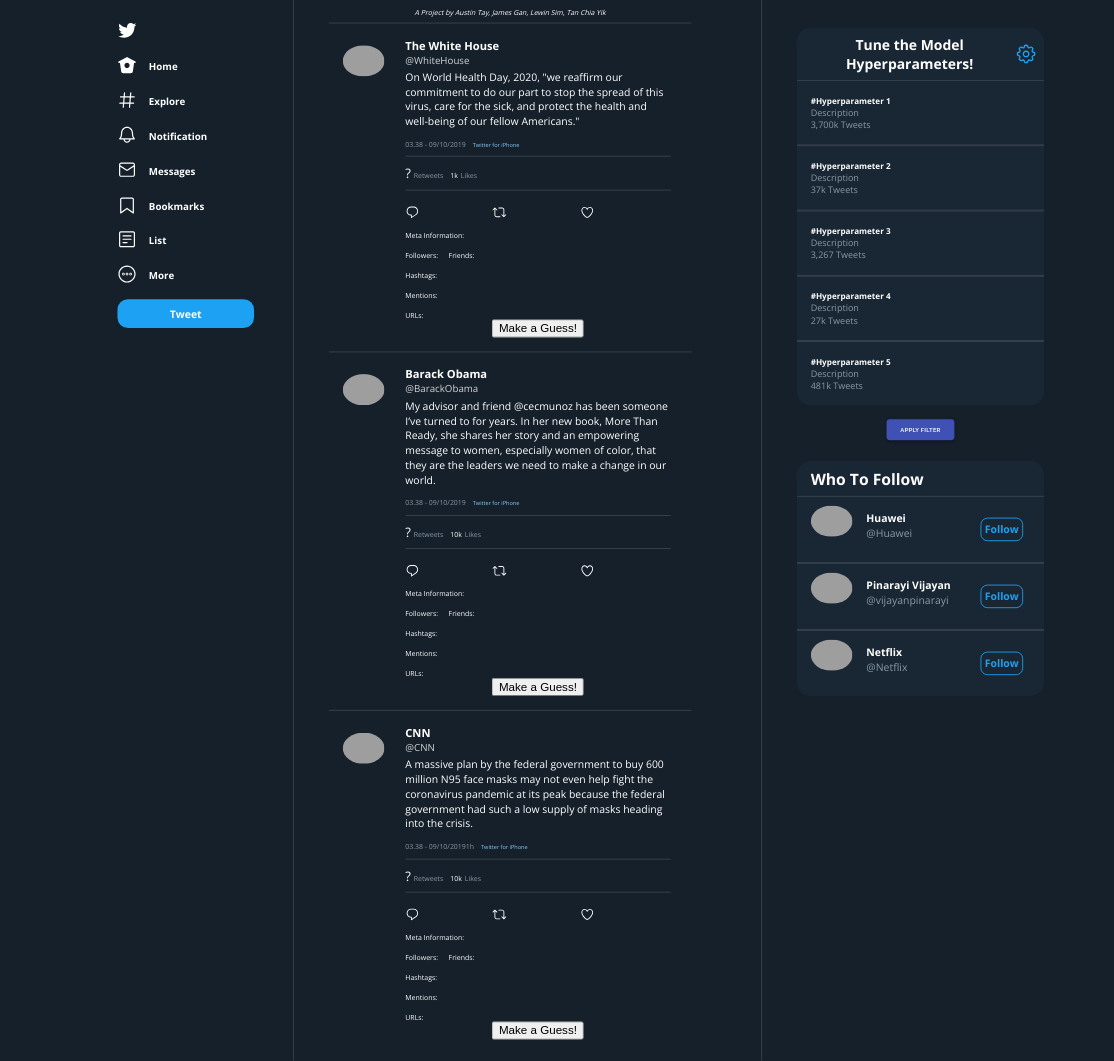
Repository: Dustyik/TwitterAIproj
Page: / (app in FrontEnd/)
An editor plug-in stored every save of this project. The page is shown before and after the next save, followed by the edit.
The browser window is 1280 px wide. The pictures show the whole page, at 87% of full size.
Pictures or frames that could not be fetched are drawn as grey boxes. The page's requests for data from a server got no answer. The project was rebuilt for these pictures with package versions that can differ from the ones it lists, and the page was loaded fresh each time. No one was signed in, and anything a server would have sent is missing. Also part of the build but not shown: FrontEnd/src/components/StatusCard.js, FrontEnd/src/pages/Status.js, FrontEnd/src/components/profile/ProfileHead.js, FrontEnd/src/components/profile/ProfileDetails.js, FrontEnd/src/styles/Profile.css, FrontEnd/src/pages/Profile.js.

Above is the page before, as saved 2021-08-08 02:46:13.

After the next save:
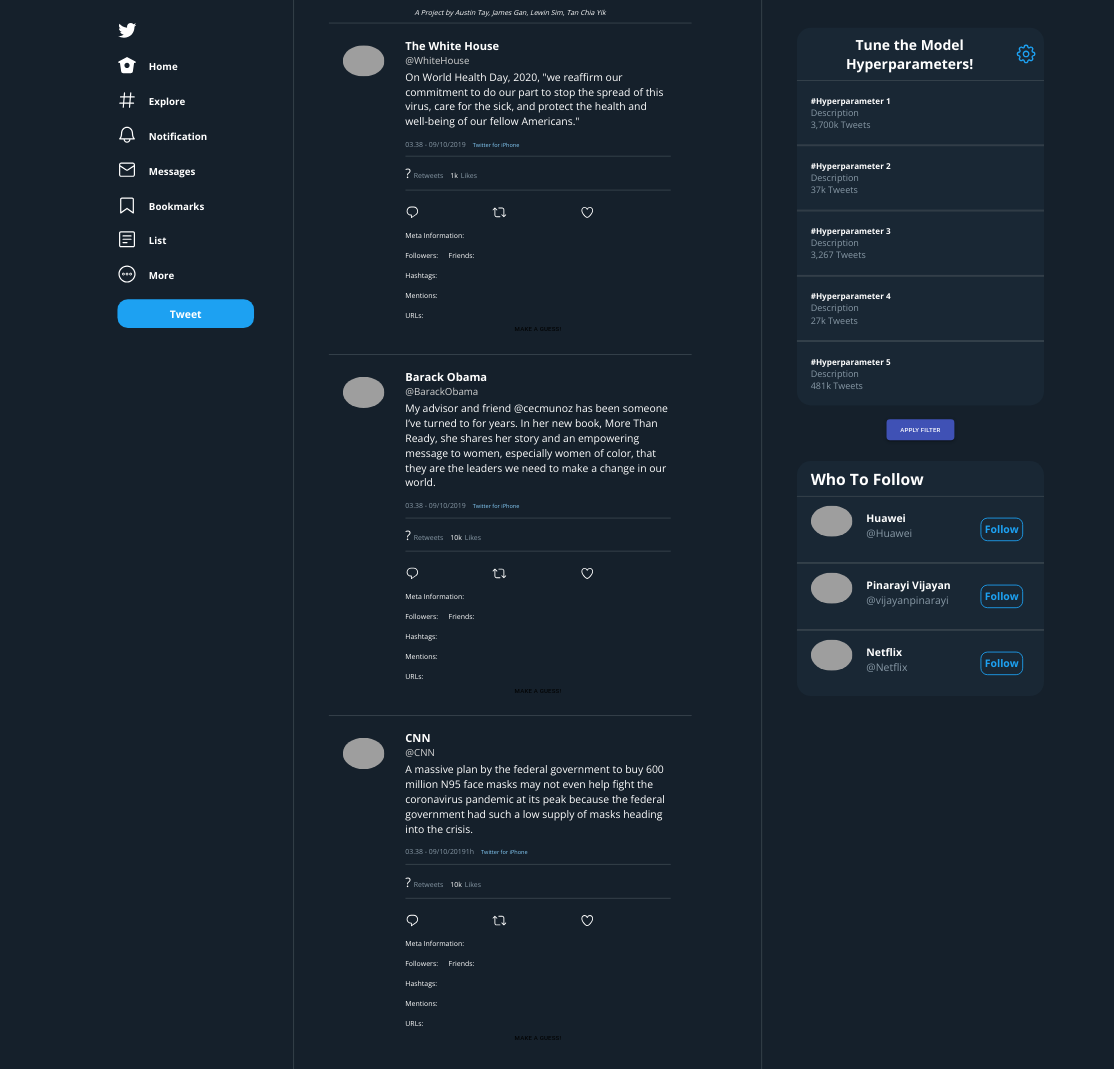
Saved 21 s later.
--- a/FrontEnd/src/components/TweetCard.js
+++ b/FrontEnd/src/components/TweetCard.js
@@ -3,7 +3,7 @@
 import { SmallAvatar } from '../images/avatars'
 import { TweetCommentIcon, TweetRetweetIcon, TweetLikeIcon, TweetSendIcon } from '../images/svg/svgs';
 import { Link } from 'react-router-dom';
-import {Button} from 'antd';
+import {Button} from "@material-ui/core";
 
 export default class TweetCard extends Component {
     tweet = this.props.tweet;
